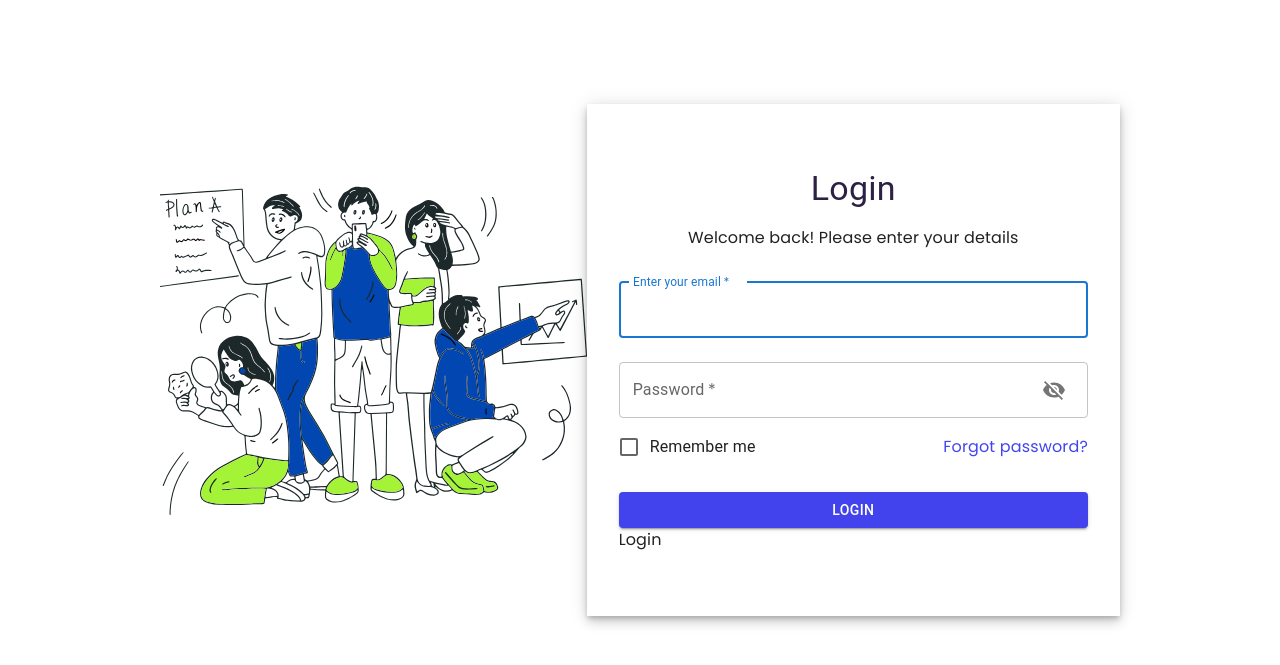
Repository: huynhvanngoan/COMP1640FE-Template
Page: /
These files come from the project's save history. The page is drawn as it stood at one moment and after a run of saves; the edit follows.
The browser window is 1280 px wide. The pictures show the whole page.
The project was rebuilt for these pictures with package versions that can differ from the ones it lists, and the page was loaded fresh each time. Also part of the build but not shown: src/pages/admin/AdminDashboard.js, src/pages/student/StudentDashboard.jsx, src/pages/department/DepartmentDashboard.jsx, src/pages/marketing/MarketingDashboard.jsx, src/pages/guest/GuestDashboard.jsx.

Above is the page before, as saved 2024-03-23 01:15:46.

After the next 2 saves:
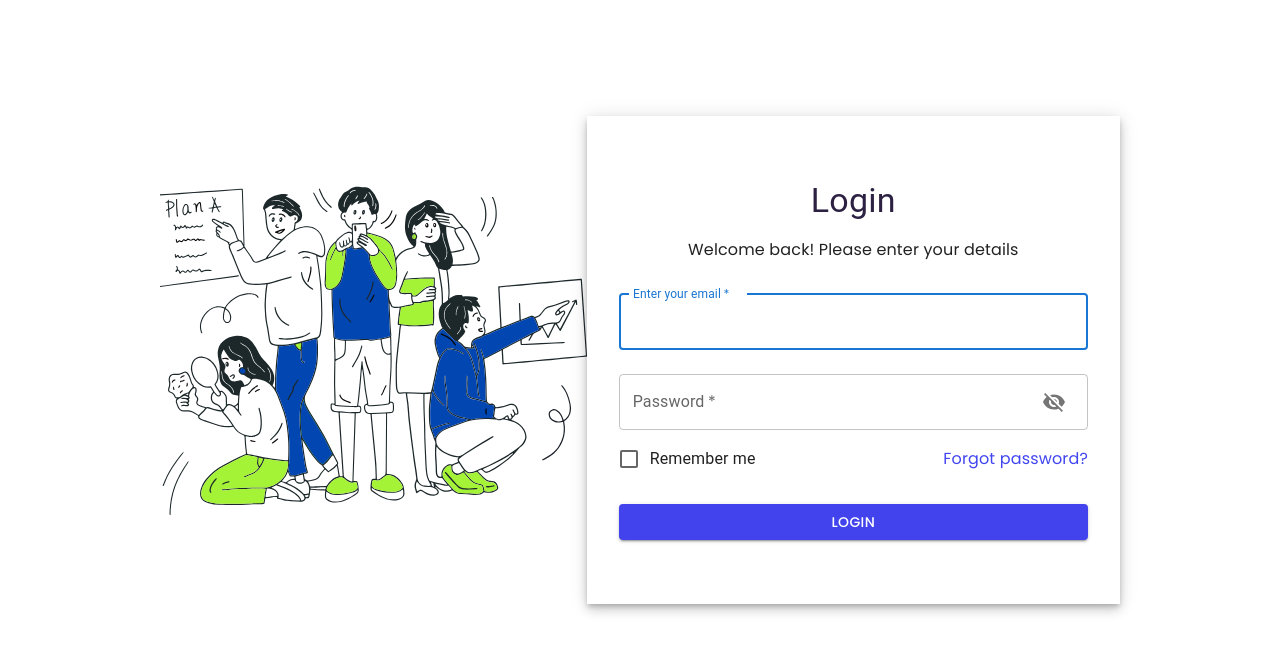
The 2 saves are shown as one change because they came seconds apart.
The last was saved 6 s later.
--- a/src/pages/LoginPage.jsx
+++ b/src/pages/LoginPage.jsx
@@ -132,12 +132,12 @@ const LoginPage = () => {
                             >
                                 {loading ?
                                     <CircularProgress size={24} color="inherit" />
-                                    : "Login"}
+                                    :  <Link to="/home">
+                                    Login
+                                </Link>}
                             </LightPurpleButton>
 
-                                <Link to="/home">
-                                    Login
-                                </Link>
+
 
                         </Box>
                     </Box>
